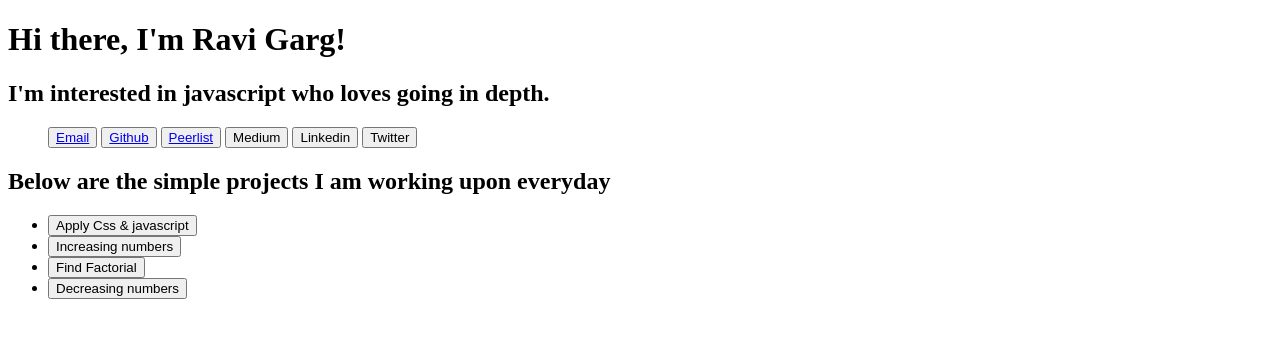
Repository: ravigarg001/musafir
Page: index.html
The author's editor kept a copy of each file at every save. The page is drawn from the files as they stood at one save, then again after a run of saves.
The browser window is 1280 px wide. The pictures show the whole page.

Above is the page before, as saved 2022-05-02 09:24:32.

After the next 2 saves:
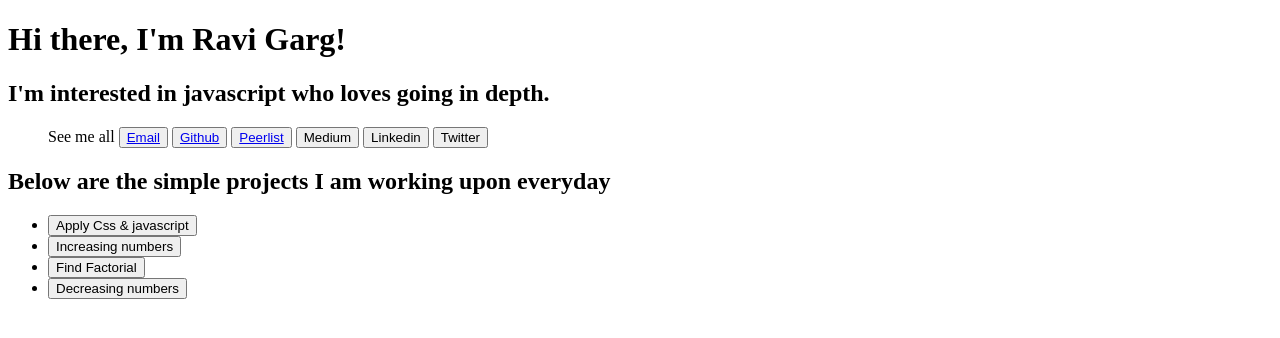
The 2 saves are shown as one change because they came seconds apart.
The last was saved 13 s later.
--- a/index.html
+++ b/index.html
@@ -15,7 +15,7 @@
 
 <footer>
 <ul>
-<label></label>
+<label>See me all</label>
   <button><a href="mailto:ravigarg.connect@gmail.com">Email</a></button>
   <button><a href="https://github.com/ravigarg001" target="_blank">Github</a></button>
   <button><a href="https://peerlist.io/ravigarg" target="_blank">Peerlist</a></button>
